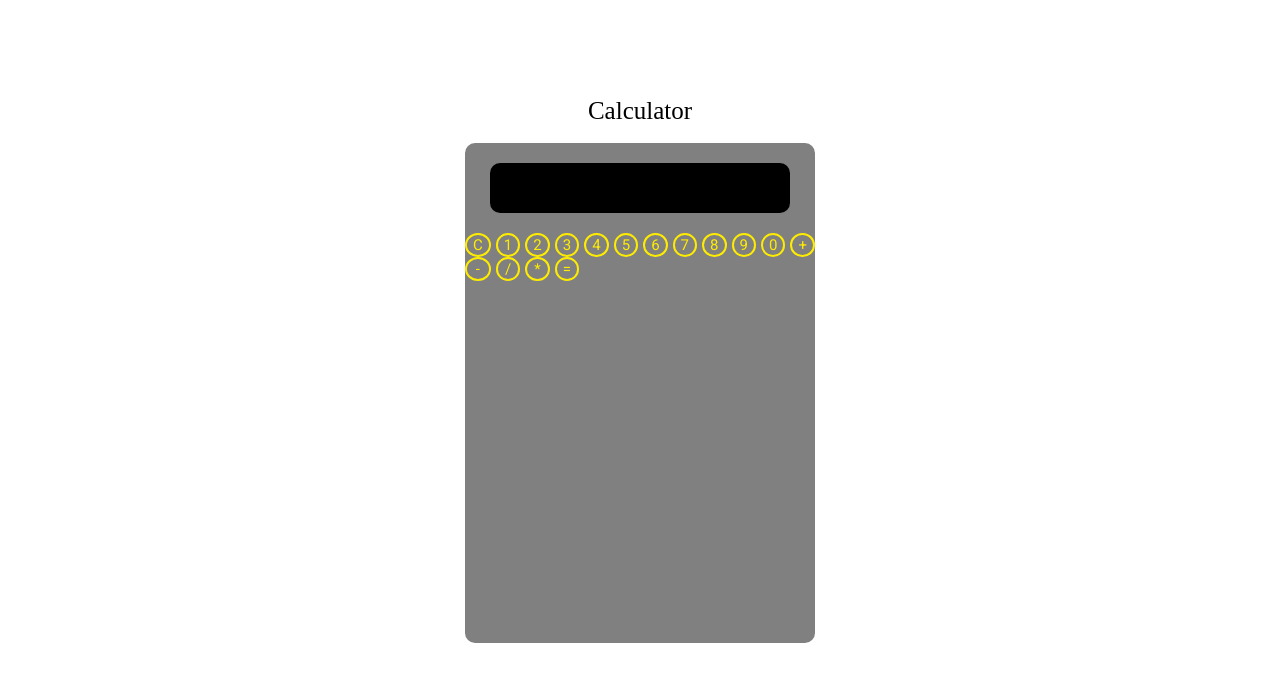
Repository: Gibon9/SimpleCalc
Page: index.html
An editor plug-in stored every save of this project. The page is shown before and after the next save, followed by the edit.
The browser window is 1280 px wide. The pictures show the whole page.
Some web fonts or font styles are not loaded; a fallback is used.

Above is the page before, as saved 2020-11-27 18:30:42.

### index.html
<!DOCTYPE html>
<html lang="en">
  <head>
    <meta charset="UTF-8" />
    <meta name="viewport" content="width=device-width, initial-scale=1.0" />
    <link rel="stylesheet" href="style/reset.css" />
    <link rel="stylesheet" href="style/style.css" />
    <title>Calculator</title>
  </head>

  <body>
    <main class="main">
      <h1 class="title">Calculator</h1>
      <section class="clac">
        <div class="calc-display" id="display"></div>
        <section class="keyboard" id="keyboard">
          <button class="calc-button" id="clear">C</button>
          <button class="calc-button" id="btn1">1</button>
          <button class="calc-button" id="btn2">2</button>
          <button class="calc-button" id="btn3">3</button>
          <button class="calc-button" id="btn4">4</button>
          <button class="calc-button" id="btn5">5</button>
          <button class="calc-button" id="btn6">6</button>
          <button class="calc-button" id="btn7">7</button>
          <button class="calc-button" id="btn8">8</button>
          <button class="calc-button" id="btn9">9</button>
          <button class="calc-button" id="btn0">0</button>
          <button class="calc-button" id="plus">+</button>
          <button class="calc-button" id="minus">-</button>
          <button class="calc-button" id="divide">/</button>
          <button class="calc-button" id="multiply">*</button>
          <button class="calc-button" id="equal">=</button>
        </section>
      </section>
    </main>
    <script src="./index.js"></script>
  </body>
</html>

### style/style.css
@import url("https://fonts.googleapis.com/css2?family=Roboto&family=Saira+Stencil+One&display=swap");

:root {
  --background-color: grey;
  --display-color: black;
  --primary-color: #05e93a;
  --secondary-color: #feec00;
}

.calc-display,
.title {
  font-family: "Saira Stencil One", cursive;
}

.calc-button {
  font-family: "Roboto", sans-serif;
}

.main {
  display: flex;
  flex-direction: column;
  justify-content: center;
  align-items: center;
  width: 100vw;
  height: 100vh;
}

.title {
  font-size: 25px;
  margin: 20px 0;
}

.clac {
  width: 350px;
  height: 500px;
  background-color: var(--background-color);
  border-radius: 10px;
}

.calc-display {
  margin: 20px auto;
  width: 300px;
  height: 50px;
  background-color: var(--display-color);
  color: var(--primary-color);
  border-radius: 10px;
  font-size: 40px;
}

.keyboard {
  display: grid;
  grid-template-columns: repeat(12, 1fr);
  column-gap: 5px;
}

.calc-button {
  font-size: 15px;
  color: var(--secondary-color);
  background-color: transparent;
  border: 2px solid var(--secondary-color);
  border-radius: 50%;
}

Loaded but not shown: style/reset.css (common file); index.js (no copy from this time; the picture is the same without it)

After the next save:
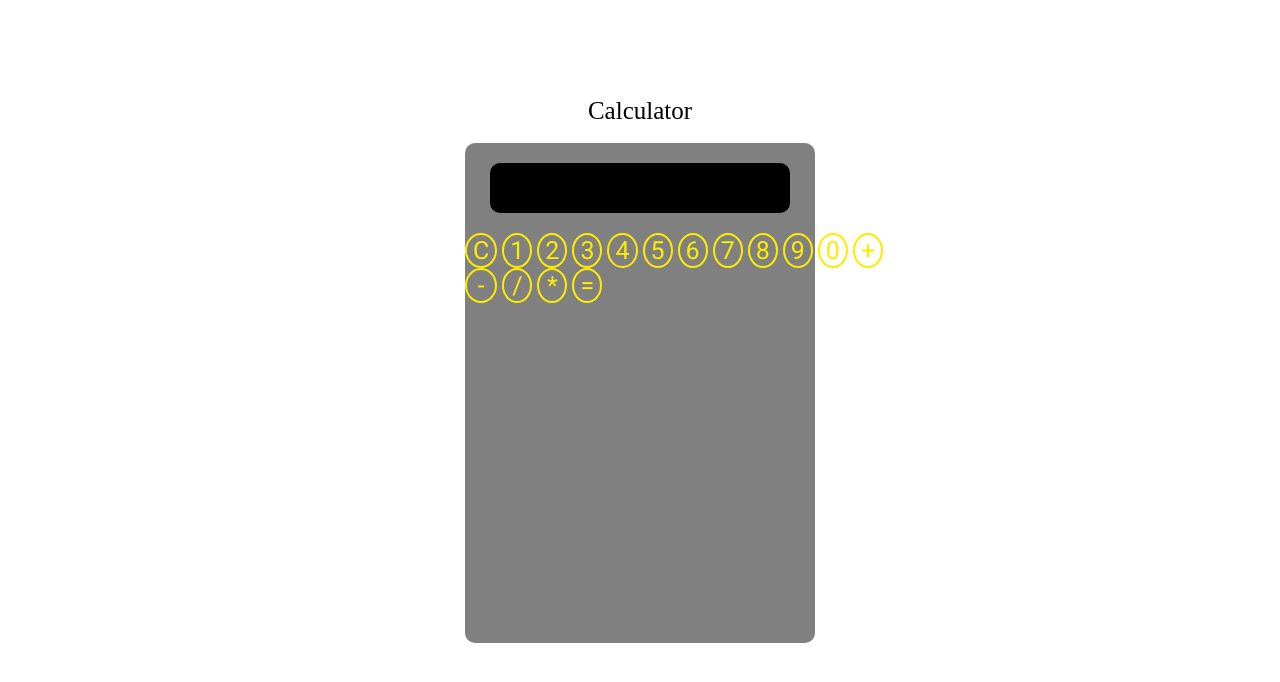
Saved 10 s later.
--- a/style/style.css
+++ b/style/style.css
@@ -54,7 +54,7 @@
 }
 
 .calc-button {
-  font-size: 15px;
+  font-size: 25px;
   color: var(--secondary-color);
   background-color: transparent;
   border: 2px solid var(--secondary-color);
